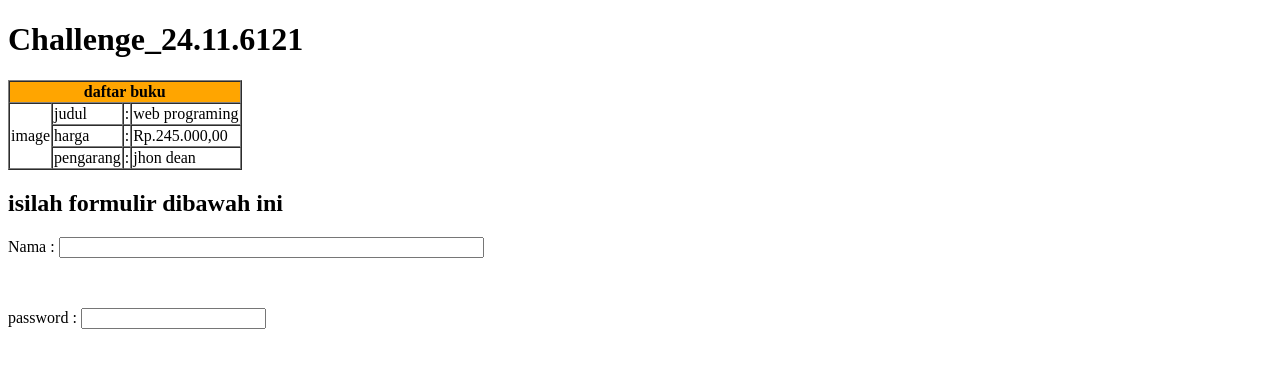
Repository: Tepen-com/challenge_24.11.6121_p4
Page: index.html
The author's editor kept a copy of each file at every save. The page is drawn from the files as they stood at one save, then again after the next save.
The browser window is 1280 px wide. The pictures show the whole page.

Above is the page before, as saved 2026-04-20 11:07:49.

After the next save:
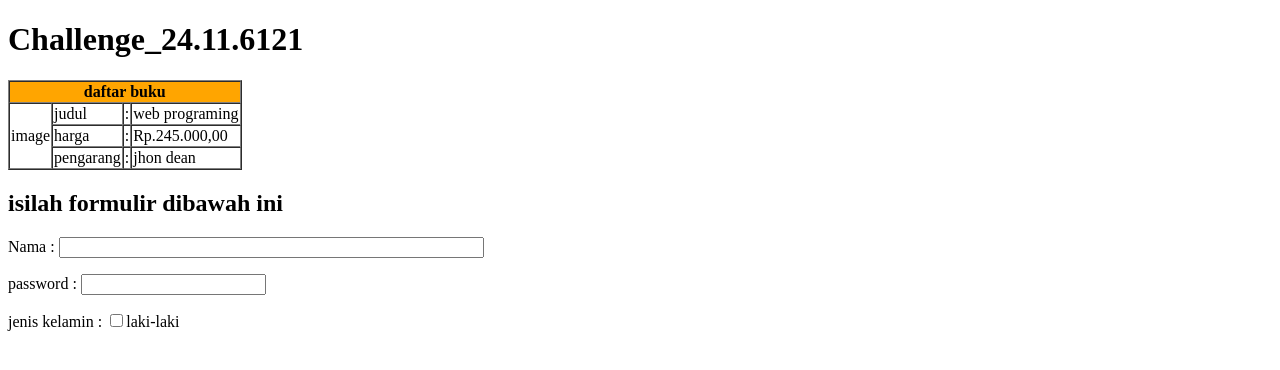
Saved 2 min 34 s later.
--- a/index.html
+++ b/index.html
@@ -38,8 +38,9 @@
             </tr>
         </table>
         <h2>isilah formulir dibawah ini</h2>
-        <p>Nama : <input type="text" value="" size="50"></p> <br>
+        <p>Nama : <input type="text" value="" size="50"></p>
         <p>password : <input type="password" size="20"></p>
+        <p>jenis kelamin : <input type="checkbox" name="baverage" value="laki-laki">laki-laki</p>
     </body>
 
 
